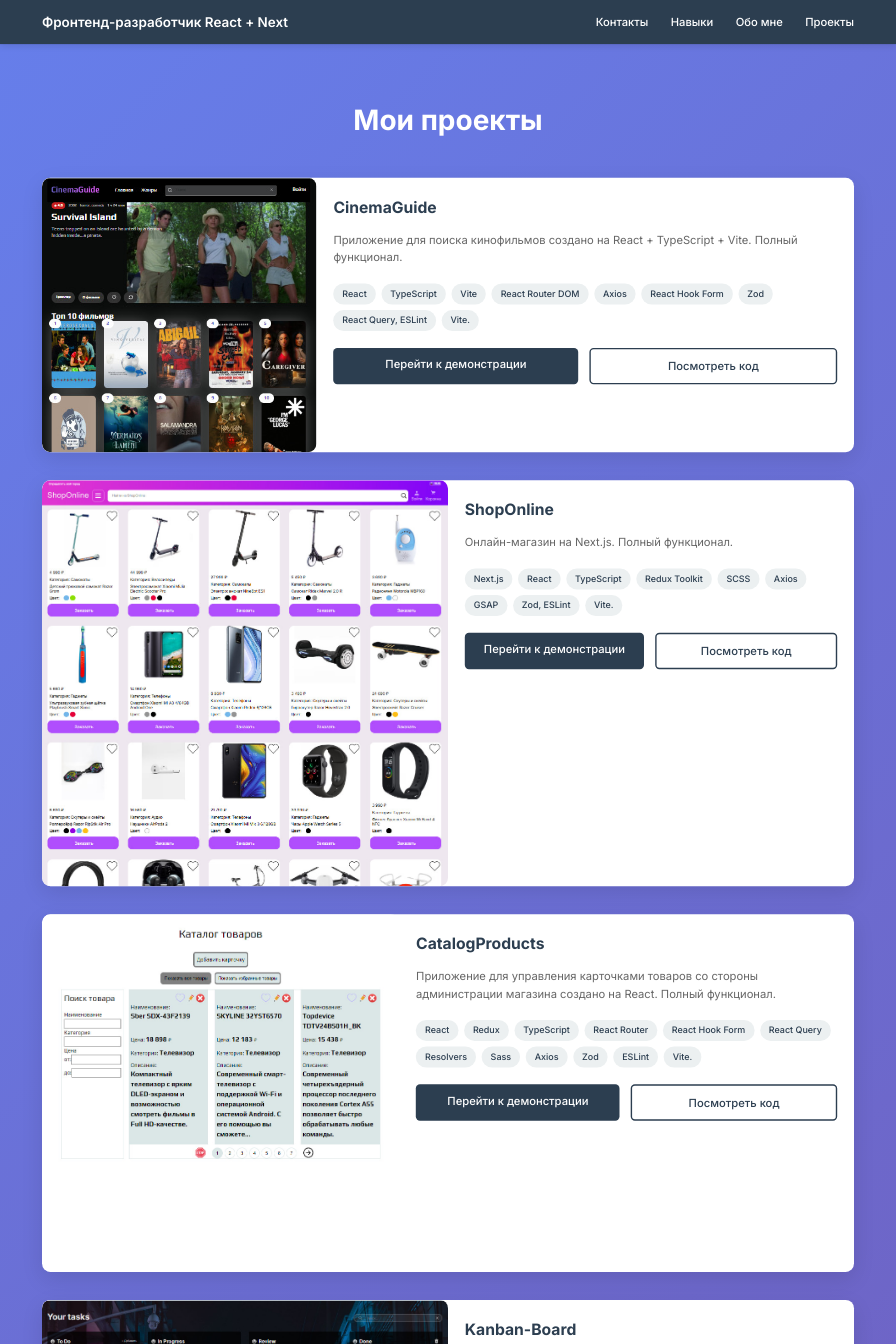
Repository: RostislavZeberg/resume-app
Page: /
These files come from the project's save history. The page is drawn as it stood at one moment and after the next save; the edit follows.
The browser window is 1280 px wide. The pictures show the part of the page from y = 0 to 1920 px (the page is 7774 px tall before and 6826 px after), at 70% of full size.
The project was rebuilt for these pictures with package versions that can differ from the ones it lists, and the page was loaded fresh each time. The framework's server and built-in components were replaced by stand-ins that run in the browser. Also part of the build but not shown: next.config.ts.

Above is the page before, as saved 2025-09-21 15:23:30.

### pages/_app.tsx
import type { AppProps } from 'next/app';
import '../styles/globals.scss';
import Head from 'next/head';

function MyApp({ Component, pageProps }: AppProps) {
  return (
    <>
      <Head>
        <meta name="viewport" content="width=device-width, initial-scale=1" />
        <meta name="theme-color" content="#2c3e50" />
        <meta name="description" content="Резюме фронтенд-разработчика React с 5+ годами опыта. Специализация: React, TypeScript, Next.js, Redux Toolkit." />
        <meta name="keywords" content="React, TypeScript, Next.js, фронтенд-разработчик, резюме" />
        <meta property="og:title" content="Фронтенд-разработчик React" />
        <meta property="og:description" content="Резюме фронтенд-разработчика React с 5+ годами опыта" />
        <meta property="og:type" content="website" />
        <link rel="icon" href="/favicon.ico" />
      </Head>
      <Component {...pageProps} />
    </>
  );
}

export default MyApp;

### pages/_document.tsx
import { Html, Head, Main, NextScript } from 'next/document';

export default function Document() {
  return (
    <Html lang="ru">
      <Head>
        <link rel="preconnect" href="https://fonts.googleapis.com" />
        <link rel="preconnect" href="https://fonts.gstatic.com" crossOrigin="anonymous" />
        <link href="https://fonts.googleapis.com/css2?family=Inter:wght@300;400;500;600;700&display=swap" rel="stylesheet" />

        {/* Фавикон */}
        <link rel="icon" href="/favicon.ico" sizes="any" />
        <link rel="icon" href="/favicon.svg" type="image/svg+xml" />
        <link rel="apple-touch-icon" href="/apple-touch-icon.png" />
        <link rel="manifest" href="/manifest.webmanifest" />

        {/* Мета-теги */}
        <meta name="theme-color" content="#2c3e50" />
        <meta name="description" content="Резюме фронтенд-разработчика React с 5+ годами опыта. Специализация: React, TypeScript, Next.js, Redux Toolkit." />
        <meta name="keywords" content="React, TypeScript, Next.js, фронтенд-разработчик, резюме" />
      </Head>
      <body>
        <Main />
        <NextScript />
      </body>
    </Html>
  );
}

### pages/index.tsx
import Head from 'next/head';
import { NextPage } from 'next';
import Contacts from '../components/Sections/Contacts';
import Skills from '../components/Sections/Skills';
import About from '../components/Sections/About';
import Projects from '../components/Sections/Projects';
import Header from '../components/Layout/Header';

const Home: NextPage = () => {
  return (
    <>
      <Head>
        <title>Фронтенд-разработчик React | Резюме</title>
        <meta name="description" content="Резюме фронтенд-разработчика React с 5+ годами опыта. Специализация: React, TypeScript, Next.js, Redux Toolkit." />
        <meta name="keywords" content="React, TypeScript, Next.js, фронтенд-разработчик, резюме" />
        <meta property="og:title" content="Фронтенд-разработчик React" />
        <meta property="og:description" content="Резюме фронтенд-разработчика React с 5+ годами опыта" />
        <meta property="og:type" content="website" />
        <link rel="icon" href="/favicon.ico" />
      </Head>

      <Header />
      <main>
        <Projects />
        <Skills />
        <About />
        <Contacts />
      </main>
    </>
  );
};

export default Home;

### styles/globals.scss
// Переменные и миксины
@import './variables.scss';
@import './mixins';

// Глобальные стили
* {
  box-sizing: border-box;
  margin: 0;
  padding: 0;
}

html {
  scroll-behavior: smooth;
  scroll-padding-top: 60px;
}

body {
  font-family: 'Inter', 'Arial', sans-serif;
  line-height: 1.6;
  color: $text-color;
  background-color: $background-color;
  padding-top: 60px;
}

.container {
  max-width: 1200px;
  margin: 0 auto;
  padding: 0 20px;
}

section {
  padding: 80px 0;

  h2 {
    text-align: center;
    margin-bottom: 50px;
    font-size: 2.5rem;
    color: $primary-color;
  }
}

// Анимации
@keyframes fadeIn {
  from {
    opacity: 0;
    transform: translateY(20px);
  }
  to {
    opacity: 1;
    transform: translateY(0);
  }
}

.fade-in {
  animation: fadeIn 0.6s ease forwards;
}

// Адаптивность
@include desktop {
  .container {
    max-width: 1200px;
  }
}

@include tablet {
  .container {
    max-width: 100%;
    padding: 0 15px;
  }

  section {
    padding: 60px 0;

    h2 {
      font-size: 2rem;
      margin-bottom: 40px;
    }
  }
}

@include mobile {
  .container {
    padding: 0 10px;
  }

  section {
    padding: 40px 0;

    h2 {
      font-size: 1.8rem;
      margin-bottom: 30px;
    }
  }
}

### components/Sections/Contacts.tsx
import React from 'react';
import Icon from '../UI/Icon';
import styles from '../../styles/sections/contacts.module.scss';
import { contacts } from '@/info/contacts';

const Contacts: React.FC = () => {

  return (
    <section id="contacts" className={styles.contacts}>
      <div className="container">
        <h2>Контакты</h2>
        <div className={styles.contactsGrid}>
          {contacts.map((contact, index) => (
            <a
              key={index}
              href={contact.href}
              className={styles.contactItem}
              target="_blank"
              rel="noopener noreferrer"
            >
              <Icon name={contact.icon} className={styles.contactIcon} />
              <span>{contact.text}</span>
            </a>
          ))}
        </div>
      </div>
    </section>
  );
};

export default Contacts;

### components/Sections/Skills.tsx
import React from 'react';
import styles from '../../styles/sections/skills.module.scss';

const Skills: React.FC = () => {
  const skillCategories = [
    {
      title: 'Основные технологии',
      skills: ['React', 'Redux', 'Redux Toolkit', 'TypeScript', 'Next.js', 'Sass/SCSS']
    },
    {
      title: 'Сборка и инструменты',
      skills: ['Vite', 'Webpack', 'Parcel', 'Gulp', 'Git', 'GitHub']
    },
    {
      title: 'Тестирование',
      skills: ['Unit-тестирование', 'Jest', 'React Testing Library']
    },
    {
      title: 'Дополнительные навыки',
      skills: ['HTTP/REST', 'ООП', 'DRY/KISS', 'WordPress', 'Vue.js', 'SQL', 'Python', 'Docker', 'Linux']
    },
    {
      title: 'Языки',
      skills: ['Английский (B1)']
    }
  ];

  return (
    <section id="skills" className={styles.skills}>
      <div className="container">
        <h2>Мои навыки</h2>
        <div className={styles.skillsGrid}>
          {skillCategories.map((category, index) => (
            <div key={index} className={styles.skillCategory}>
              <h3>{category.title}</h3>
              <ul>
                {category.skills.map((skill, i) => (
                  <li key={i}>{skill}</li>
                ))}
              </ul>
            </div>
          ))}
        </div>
      </div>
    </section>
  );
};

export default Skills;

### components/Sections/About.tsx
import React from 'react';
import styles from '../../styles/sections/about.module.scss';

const About: React.FC = () => {
  return (
    <section id="about" className={styles.about}>
      <div className="container">
        <h2>Обо мне</h2>
        <div className={styles.aboutContent}>
          <p>
            Усидчив и внимателен к деталям, сосредоточен на выполнении задач, не отвлекаясь на внешние раздражители.
            Мой скрупулезный подход к архитектуре кода, его чистоте и читабельности сводит к минимуму возникновение ошибок
            при дальнейшей эксплуатации проектов.
          </p>
          <p>
            Коммуникабелен и открыт для общения с коллегами, что позволяет эффективно обсуждать проекты и находить оптимальные решения.
            Дисциплинированность помогает мне выстраивать свою работу по четкому плану, всегда выполнять задачи качественно и в срок,
            а также быть требовательным к себе.
          </p>
          <p>
            Инициативность является важной частью моей работы: я не боюсь доводить до руководства свои идеи и предложения по решению проблем.
            Обучаем и стремлюсь к постоянному развитию, ведь IT-отрасль динамично меняется, и изучение новых направлений и тенденций
            в программировании – это важная часть моего профессионального роста.
          </p>
          <p>
            Есть желание работать и развиваться в сфере разработки приложений, которая является частью моего восприятия мира.
            Я наслаждаюсь процессом создания кода и когда вижу результаты своей деятельности.
          </p>
          <p>
            К своим сильным сторонам отношу навыки работы в команде, стремление находить максимально эффективные и эстетичные решения,
            а также способность самостоятельно искать ресурсы для решения проблем и повышения профессионального уровня.
          </p>
          <p>
            Рассматриваю проектную деятельность и удаленную работу.
          </p>
        </div>
      </div>
    </section>
  );
};

export default About;

### components/Sections/Projects.tsx
import React from 'react';
import ProjectCard from '../UI/ProjectCard';
import styles from '../../styles/sections/projects.module.scss';
import { projects } from '@/info/projects';

const Projects: React.FC = () => {
  return (
    <section id="projects" className={styles.projects}>
      <div className="container">
        <h2>Мои проекты</h2>
        <div className={styles.projectsGrid}>
          {projects.map((project, index) => (
            <ProjectCard key={index} project={project} />
          ))}
        </div>
        <div className={styles.viewAll}>
          <a
            href="https://github.com/RostislavZeberg?tab=repositories"
            className={styles.viewAllButton}
            target="_blank"
            rel="noopener noreferrer"
          >
            Посмотреть все проекты
          </a>
        </div>
      </div>
    </section>
  );
};

export default Projects;

### components/Layout/Header.tsx
import React, { useState } from 'react';
import Link from 'next/link';
import styles from '../../styles/layout/header.module.scss';

const Header: React.FC = () => {
  const [isMenuOpen, setIsMenuOpen] = useState(false);

  const toggleMenu = () => {
    setIsMenuOpen(!isMenuOpen);
  };

  return (
    <header className={styles.header}>
      <div className="container">
        <nav className={styles.nav}>
          <div className={styles.logo}>
            <Link href="/">Фронтенд-разработчик React + Next</Link>
          </div>

          <button
            className={`${styles.menuToggle} ${isMenuOpen ? styles.active : ''}`}
            onClick={toggleMenu}
            aria-label="Меню"
          >
            <span></span>
            <span></span>
            <span></span>
          </button>

          <ul className={`${styles.navList} ${isMenuOpen ? styles.active : ''}`}>
            <li><a href="#contacts" onClick={() => setIsMenuOpen(false)}>Контакты</a></li>
            <li><a href="#skills" onClick={() => setIsMenuOpen(false)}>Навыки</a></li>
            <li><a href="#about" onClick={() => setIsMenuOpen(false)}>Обо мне</a></li>
            <li><a href="#projects" onClick={() => setIsMenuOpen(false)}>Проекты</a></li>
          </ul>
        </nav>
      </div>
    </header>
  );
};

export default Header;

### styles/variables.scss
// Цвета
$primary-color: #2c3e50;
$secondary-color: #3498db;
$accent-color: #e74c3c;
$background-color: #f9f9f9;
$text-color: #333;
$light-gray: #ecf0f1;

// Breakpoints
$desktop: 1280px;
$tablet: 1024px;
$small-tablet: 768px;
$mobile: 320px;

### styles/mixins.scss
@mixin desktop {
  @media (min-width: #{$desktop}) {
    @content;
  }
}

@mixin tablet {
  @media (min-width: #{$small-tablet}) and (max-width: #{$tablet}) {
    @content;
  }
}

@mixin small-tablet {
  @media (min-width: #{$mobile}) and (max-width: #{$small-tablet - 1px}) {
    @content;
  }
}

@mixin mobile {
  @media (max-width: #{$mobile}) {
    @content;
  }
}

@mixin flex-center {
  display: flex;
  justify-content: center;
  align-items: center;
}

@mixin card-shadow {
  box-shadow: 0 4px 6px rgba(0, 0, 0, 0.1);
  transition: box-shadow 0.3s ease;

  &:hover {
    box-shadow: 0 10px 20px rgba(0, 0, 0, 0.15);
  }
}

### components/UI/Icon.tsx
import React from 'react';
import Image from 'next/image';

interface IconProps {
  name: string;
  className?: string;
  width?: number;
  height?: number;
}

const Icon: React.FC<IconProps> = ({ name, className = '', width = 24, height = 24 }) => {
  return (
    <Image
      src={`/icons/${name}.svg`}
      alt={`${name} icon`}
      width={width}
      height={height}
      className={className}
    />
  );
};

export default Icon;

### styles/sections/contacts.module.scss
@import '../variables';
@import '../mixins';

.contacts {
  background: linear-gradient(135deg, #f5f7fa 0%, #c3cfe2 100%);
  padding: 100px 0;
}

.contactsGrid {
  display: grid;
  grid-template-columns: repeat(auto-fit, minmax(250px, 1fr));
  gap: 2rem;
  margin-top: 3rem;
}

.contactItem {
  display: flex;
  flex-direction: column;
  align-items: center;
  justify-content: center;
  background: white;
  padding: 2rem;
  border-radius: 12px;
  box-shadow: 0 10px 30px rgba(0, 0, 0, 0.1);
  transition: all 0.3s ease;
  text-decoration: none;
  color: $text-color;

  &:hover {
    transform: translateY(-5px);
    box-shadow: 0 15px 40px rgba(0, 0, 0, 0.15);

    .contactIcon {
      transform: scale(1.1);
    }
  }
}

.contactIcon {
  width: 60px;
  height: 60px;
  margin-bottom: 1rem;
  transition: transform 0.3s ease;
}

// Адаптивность
@include tablet {
  .contactsGrid {
    grid-template-columns: repeat(2, 1fr);
    gap: 1.5rem;
  }
}

@include small-tablet {
  .contactsGrid {
    grid-template-columns: 1fr;
    gap: 1rem;
  }

  .contactItem {
    padding: 1.5rem;
  }
}

@include mobile {
  .contacts {
    padding: 80px 0;
  }

  .contactIcon {
    width: 50px;
    height: 50px;
  }
}

### info/contacts.ts
export const contacts = [
  { icon: 'email', text: 'zeberg@bk.ru', href: 'mailto:zeberg@bk.ru' },
  { icon: 'phone', text: '+7(960)-552-4171', href: 'tel:+79605524171' },
  { icon: 'telegram', text: '@zeberg_jaguar', href: 'https://t.me/zeberg_jaguar' },
  { icon: 'github', text: 'GitHub', href: 'https://github.com/RostislavZeberg?tab=repositories' }
];

### styles/sections/skills.module.scss
@import '../variables';
@import '../mixins';

.skills {
  background-color: white;
}

.skillsGrid {
  display: grid;
  grid-template-columns: repeat(auto-fit, minmax(300px, 1fr));
  gap: 2rem;
}

.skillCategory {
  background: $light-gray;
  padding: 2rem;
  border-radius: 12px;
  box-shadow: 0 5px 15px rgba(0, 0, 0, 0.05);

  h3 {
    color: $primary-color;
    margin-bottom: 1.5rem;
    font-size: 1.3rem;
    position: relative;
    padding-bottom: 0.5rem;

    &::after {
      content: '';
      position: absolute;
      bottom: 0;
      left: 0;
      width: 40px;
      height: 3px;
      background: $secondary-color;
    }
  }

  ul {
    list-style: none;
  }

  li {
    margin-bottom: 0.8rem;
    padding-left: 1.5rem;
    position: relative;

    &::before {
      content: '▹';
      position: absolute;
      left: 0;
      color: $secondary-color;
    }
  }
}

// Адаптивность
@include tablet {
  .skillsGrid {
    grid-template-columns: repeat(2, 1fr);
    gap: 1.5rem;
  }
}

@include small-tablet {
  .skillsGrid {
    grid-template-columns: 1fr;
    gap: 1rem;
  }

  .skillCategory {
    padding: 1.5rem;
  }
}

@include mobile {
  .skillCategory {
    padding: 1.2rem;

    h3 {
      font-size: 1.2rem;
    }
  }
}

### styles/sections/about.module.scss
@import '../variables';
@import '../mixins';

.about {
  background-color: $light-gray;
}

.aboutContent {
  max-width: 800px;
  margin: 0 auto;

  p {
    margin-bottom: 1.5rem;
    line-height: 1.8;
    text-align: justify;
  }
}

// Адаптивность
@include tablet {
  .aboutContent {
    padding: 0 1rem;
  }
}

@include mobile {
  .aboutContent p {
    text-align: left;
  }
}

### components/UI/ProjectCard.tsx
import React from 'react';
import Image from 'next/image';
import styles from '../../styles/ui/project-card.module.scss';

interface Project {
  name: string;
  description: string;
  demoLink: string;
  codeLink: string;
  technologies: string[];
}

interface ProjectCardProps {
  project: Project;
}

const ProjectCard: React.FC<ProjectCardProps> = ({ project }) => {
  return (
    <div className={styles.projectCard}>
      <div className={styles.projectImage}>
        {/* <a href={project.demoLink} target="_blank" rel="noopener noreferrer">
        </a> */}
        <Image
          src={`/${project.name.toLowerCase()}.jpg`}
          alt={project.name}
          // className={styles.projectImage}
          width={400}
          height={250}
          style={{
            width: '100%',
            height: 'auto',
          }}
          placeholder="blur"
          blurDataURL="data:[embedded picture, 471 characters]"
        />
      </div>
      <div className={styles.projectContent}>
        <h3>{project.name}</h3>
        <p>{project.description}</p>
        <div className={styles.technologies}>
          {project.technologies.map((tech, index) => (
            <span key={index} className={styles.techTag}>{tech}</span>
          ))}
        </div>
        <div className={styles.projectActions}>
          <a
            href={project.demoLink}
            className={styles.demoButton}
            target="_blank"
            rel="noopener noreferrer"
          >
            Перейти к демонстрации
          </a>
          <a
            href={project.codeLink}
            className={styles.codeButton}
            target="_blank"
            rel="noopener noreferrer"
          >
            Посмотреть код
          </a>
        </div>
      </div>
    </div>
  );
};

export default ProjectCard;

### styles/sections/projects.module.scss
@import '../variables';
@import '../mixins';

.projects {
  background: linear-gradient(135deg, #667eea 0%, #764ba2 100%);
  color: white;

  h2 {
    color: white;
  }
}

.projectsGrid {
  display: flex;
  flex-direction: column;
  // display: grid;
  // grid-template-columns: repeat(auto-fit, minmax(350px, 1fr));
  gap: 2.5rem;
  // margin-bottom: 3rem;
}

.viewAll {
  text-align: center;
  margin-top: 3rem;
}

.viewAllButton {
  display: inline-block;
  padding: 1rem 2rem;
  background: white;
  color: $primary-color;
  text-decoration: none;
  border-radius: 30px;
  font-weight: 600;
  transition: all 0.3s ease;
  box-shadow: 0 5px 15px rgba(0, 0, 0, 0.1);

  &:hover {
    transform: translateY(-3px);
    box-shadow: 0 10px 25px rgba(0, 0, 0, 0.2);
    background: $accent-color;
    color: white;
  }
}

// Адаптивность
@include tablet {
  .projectsGrid {
    grid-template-columns: repeat(2, 1fr);
    gap: 2rem;
  }
}

@include small-tablet {
  .projectsGrid {
    grid-template-columns: 1fr;
    gap: 1.5rem;
  }
}

@include mobile {
  .projectsGrid {
    grid-template-columns: 1fr;
    gap: 1.5rem;
  }

  .viewAllButton {
    padding: 0.8rem 1.5rem;
    font-size: 0.9rem;
  }
}

### styles/layout/header.module.scss
@import '../variables';
@import '../mixins';

.header {
  background-color: $primary-color;
  color: white;
  position: fixed;
  top: 0;
  left: 0;
  right: 0;
  z-index: 1000;
  box-shadow: 0 2px 10px rgba(0, 0, 0, 0.1);
}

.nav {
  display: flex;
  justify-content: space-between;
  align-items: center;
  padding: 1rem 0;
}

.logo {
  a {
    color: white;
    text-decoration: none;
    font-weight: 600;
    font-size: 1.2rem;

    &:hover {
      color: $accent-color;
    }
  }
}

.navList {
  display: flex;
  list-style: none;
  gap: 2rem;

  a {
    color: white;
    text-decoration: none;
    font-weight: 500;
    transition: color 0.3s ease;

    &:hover {
      color: $accent-color;
    }
  }
}

.menuToggle {
  display: none;
  flex-direction: column;
  justify-content: space-around;
  width: 2rem;
  height: 2rem;
  background: transparent;
  border: none;
  cursor: pointer;
  padding: 0;

  span {
    width: 2rem;
    height: 0.25rem;
    background: white;
    border-radius: 10px;
    transition: all 0.3s linear;
    position: relative;
    transform-origin: 1px;
  }
}

// Адаптивность
@include tablet {
  .navList {
    gap: 1.5rem;
  }
}

@include small-tablet {
  .menuToggle {
    display: flex;
    z-index: 1001;
  }

  .navList {
    position: fixed;
    top: 0;
    right: 0;
    height: 100vh;
    width: 70%;
    background: $primary-color;
    flex-direction: column;
    justify-content: center;
    align-items: center;
    transform: translateX(100%);
    transition: transform 0.3s ease-in-out;

    &.active {
      transform: translateX(0);
    }
  }

  .menuToggle.active {
    span:nth-child(1) {
      transform: rotate(45deg);
    }

    span:nth-child(2) {
      opacity: 0;
    }

    span:nth-child(3) {
      transform: rotate(-45deg);
    }
  }
}

@include mobile {
  .logo a {
    font-size: 1rem;
  }
}

### styles/ui/project-card.module.scss
@import '../variables';
@import '../mixins';

.projectCard {
  display: flex;
  background: white;
  border-radius: 12px;
  overflow: hidden;
  box-shadow: 0 10px 30px rgba(0, 0, 0, 0.1);
  transition: all 0.3s ease;
  color: $text-color;

  &:hover {
    transform: translateY(-5px);
    box-shadow: 0 15px 40px rgba(0, 0, 0, 0.2);
  }
}

.projectImage {
  position: relative;
  overflow: hidden;
  max-width: 580px;
  // height: 200px;
  aspect-ratio: 7 / 7;
  border-radius: 12px;

  // Стили для Next.js Image компонента
  >div {
    position: relative !important;
  }

  img {
    transition: transform 0.5s ease;
  }

  &:hover img {
    transform: scale(1.05);
  }
}

// .projectImage {
//   width: auto;
//   max-width: 580px;
//   // height: auto;
//   aspect-ratio: 16 / 9
// }

.projectContent {
  padding: 1.5rem;

  h3 {
    color: $primary-color;
    margin-bottom: 1rem;
    font-size: 1.4rem;
  }

  p {
    margin-bottom: 1.5rem;
    line-height: 1.6;
    color: lighten($text-color, 20%);
  }
}

.technologies {
  display: flex;
  flex-wrap: wrap;
  gap: 0.5rem;
  margin-bottom: 1.5rem;
}

.techTag {
  background: $light-gray;
  color: $primary-color;
  padding: 0.3rem 0.8rem;
  border-radius: 20px;
  font-size: 0.8rem;
  font-weight: 500;
}

.projectActions {
  display: flex;
  gap: 1rem;

  a {
    flex: 1;
    text-align: center;
    padding: 0.7rem 1rem;
    border-radius: 6px;
    text-decoration: none;
    font-weight: 500;
    transition: all 0.3s ease;

    &.demoButton {
      background: $primary-color;
      color: white;

      &:hover {
        background: darken($primary-color, 10%);
      }
    }

    &.codeButton {
      background: transparent;
      color: $primary-color;
      border: 2px solid $primary-color;

      &:hover {
        background: $primary-color;
        color: white;
      }
    }
  }
}

// Адаптивность
@include tablet {
  .projectContent {
    padding: 1.2rem;
  }

  .projectActions {
    flex-direction: column;
    gap: 0.7rem;
  }
}

@include mobile {
  .projectImage {
    height: 180px;
  }

  .projectContent {
    padding: 1rem;

    h3 {
      font-size: 1.2rem;
    }
  }

  .technologies {
    gap: 0.3rem;
  }

  .techTag {
    font-size: 0.7rem;
    padding: 0.2rem 0.6rem;
  }
}

Loaded but not shown: info/projects.ts (66 lines, source omitted)

After the next save:
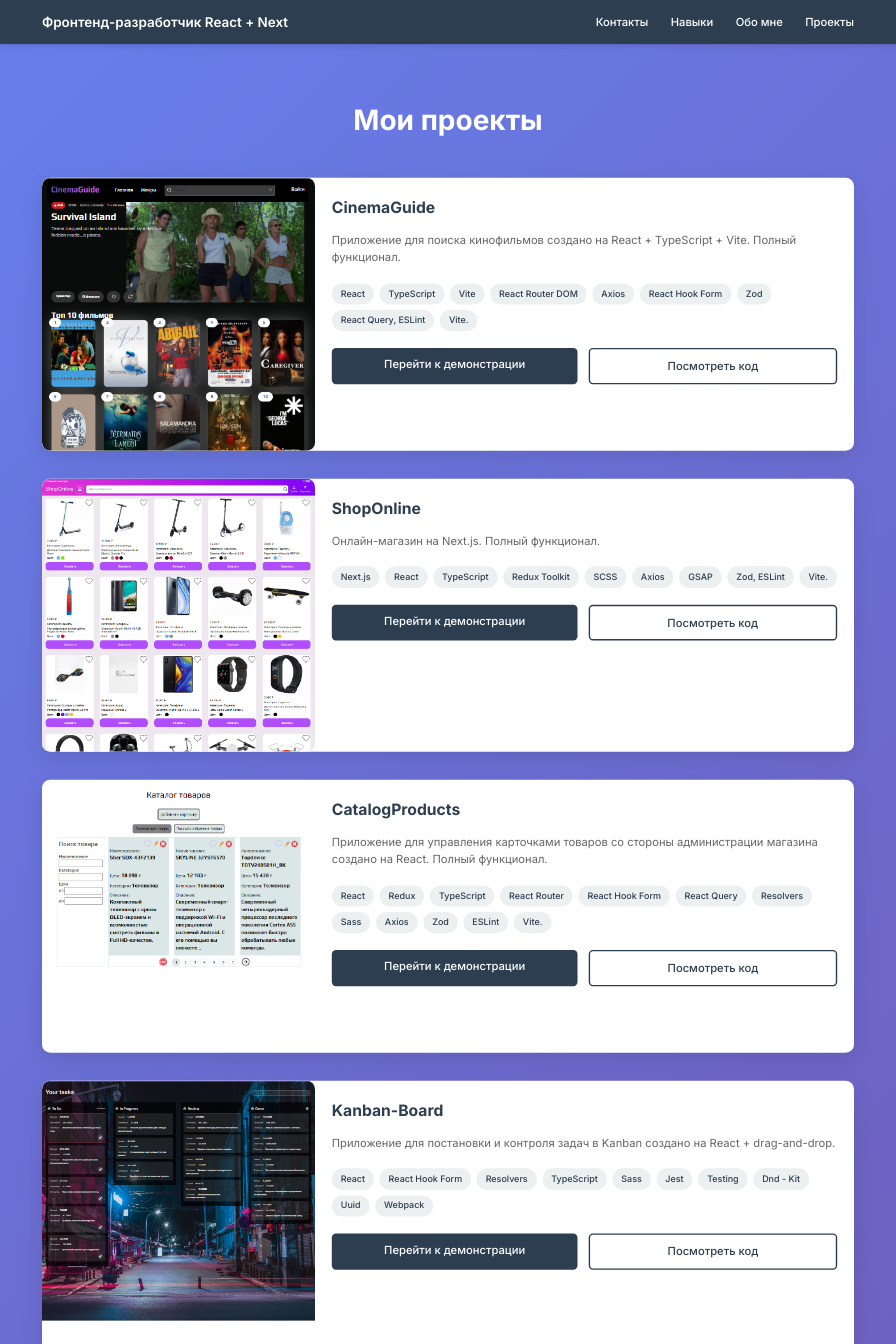
Saved 13 min 21 s later.
--- a/styles/ui/project-card.module.scss
+++ b/styles/ui/project-card.module.scss
@@ -19,8 +19,7 @@
 .projectImage {
   position: relative;
   overflow: hidden;
-  max-width: 580px;
-  // height: 200px;
+  max-width: 390px;
   aspect-ratio: 7 / 7;
   border-radius: 12px;
 
